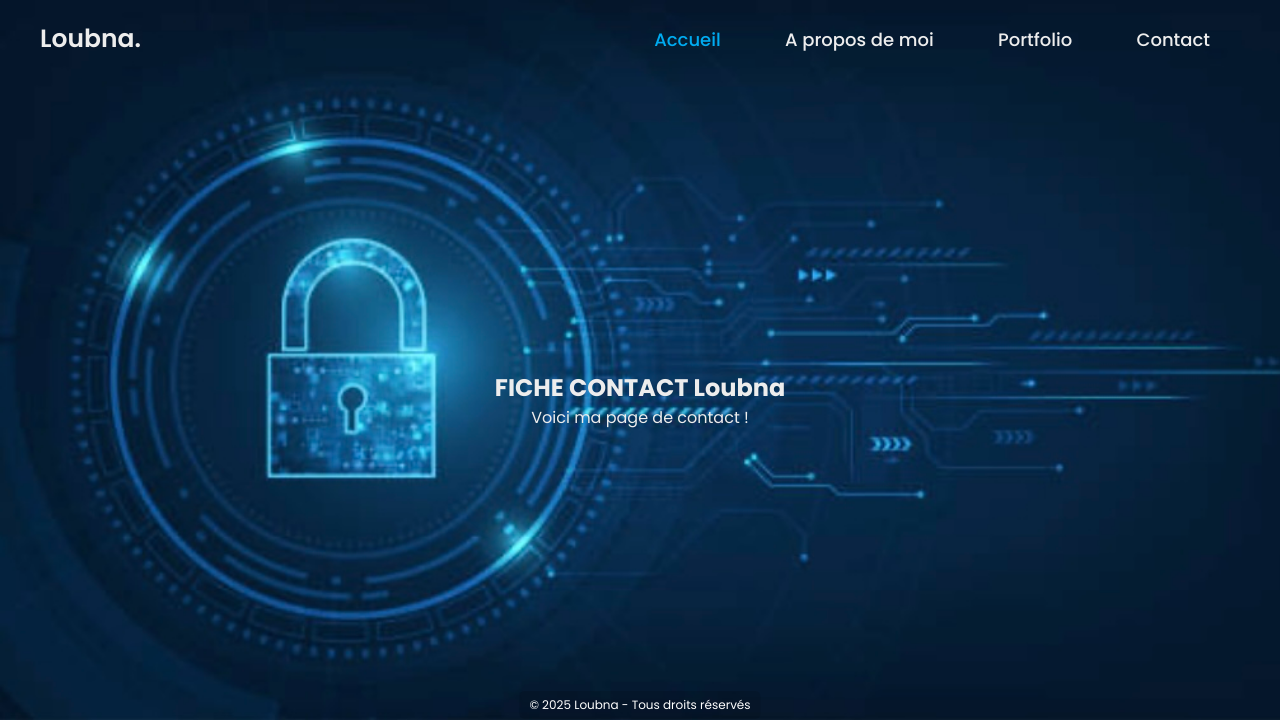
Repository: Loubna77290/Portfolio-de-Loubna
Page: contact.html
These files come from the project's save history. The page is drawn as it stood at one moment and after the next save; the edit follows.
The browser window is 1280 px wide. The pictures show the whole page.

Above is the page before, as saved 2025-03-10 19:47:31.

### contact.html
<!DOCTYPE html>
<html lang="en">
<head>
    <meta charset="UTF-8">
    <meta name="viewport" content="width=device-width, initial-scale=1.0">
    <title>Fiche contact</title>
    <link rel="stylesheet" href="style.css">
</head>
<body>

  <header class="header">
        <a href="#" class="logo">Loubna.</a>

        <nav class="navbar">
            <a href="/index.html"class="active">Accueil</a>
            <a href="#">A propos de moi</a>
            <a href="index.html">Portfolio</a>
            <a href="/contact.html" target="_blank">Contact</a>
        </nav>
    </header>

    <section class="contact-background">
        <div class="contact-contenu">
        <h1>FICHE CONTACT Loubna</h1>
        <p>Voici ma page de contact !</p>


    </div>
    </section>
</body>

    <footer>
        <p>&copy; 2025 Loubna - Tous droits réservés </p>
       </footer>
</html>

### style.css
@import url('https://fonts.googleapis.com/css2?family=Poppins:wght@300;400;500;600;700;800;900&display=swap');

* {
    margin: 0;
    padding: 0;
    box-sizing: border-box;
    font-family: 'Poppins', sans-serif;

}

body {
    background: #081b29;
    color: #ededed;

}

.header {
    position:fixed;
    top: 0;
    left:0;
    width: 100%;
    padding: 20px 10px;
    background: transparent;
    display: flex;
    justify-content: space-between;
    align-items: center;
    z-index: 100;
}


.logo {
    position: relative;
    margin-left: 30px;
    font-size: 25px;
    color: #ededed;
    text-decoration: none;
    font-weight: 600;

}

.logo::before {
    content: '';
    position: absolute;
    top: 0;
    right: 0;
    width: 100%;
    height: 100%;
    background: #081b29b6;
    animation: showRight 1s ease forwards;
    animation-delay: .4s;;
}

.navbar a {
    font-size: 18px;
    color: #ededed;
    text-decoration: none;
    font-weight: 500;
    margin-right: 60px;
    justify-content: flex-end;
    transition: .3s;

}

.navbar a:hover,
.navbar a.active {
    color: #00abf0;

}

.accueil {
    position: relative;
    height: 100vh;
    background: url(./IMG_7408.jpg) no-repeat center center;
    background-size: cover;
    display: flex;
    align-items: center;
    padding: 0 10%;

}

.accueil-contenu {
    background: transparent;
    max-width: 600px;


    }

.accueil-contenu h2 {
    font-size: 45px;
    font-weight: 700;
    line-height: 1.2;
    white-space: nowrap;
}

.accueil-contenu h2::before {
    content: '';
    position: absolute;
    top: 0;
    right: 0;
    width: 100%;
    height: 100%;
    background: #081b29;
    animation: showRight 1s ease forwards;
    animation-delay: 1s;
}

.accueil-contenu h3 {
    font-size: 30px;
    font-weight: 600;
    color: #0ff;

}

.accueil-contenu p {
    font-size: 16px;
    margin: 20px  0 40px;
    line-height: 1.2;
}

.accueil-contenu .btn-box {
    position: relative;
    display: flex;
    justify-content: space-between;
    width: 380px;
    height: 60px;

}

.accueil-contenu .btn-box::before {
    content: '';
    position: absolute;
    top: 0;
    right: 0;
    width: 100%;
    height: 100%;
    background: #081b294d;
    animation: showRight 1s ease forwards;
    animation-delay: 1.9s;
    z-index: 2;
}

.btn-box a {
    position: relative;
    display: inline-flex;
    justify-content: center;
    align-items: center;
    width: 150px;
    height: 110%;
    background: #00abf0;
    border: 2px solid #00abf0;
    border-radius: 8px;
    font-size: 19px;
    color: #081b29;
    text-align: center;
    text-decoration: none;
    font-weight: 600;
    letter-spacing: 1px;
    z-index: 1;
    overflow: hidden;
    transition: .5s;
}

.btn-box a:hover {
    color: #00abf0;

}

.btn-box a:nth-child(2) {
    background: transparent;
    color:#00abf0
}

.btn-box a:nth-child(2):hover {
    color:#081b29;
}


.btn-box a:nth-child(2)::before {
    background: #00abf0;
    }

.btn-box a::before {
    content: '';
    position: absolute;
    top: 0;
    left: 0;
    width: 0;
    height: 100%;
    background: #081b29;
    z-index: -1;
    transition: .5s;
}

.btn-box a:hover::before {
    width: 100%;
    }

.home-sci {
    position: absolute;
    bottom: 1px;
    width: 150px;
    display: flex;
    justify-content: space-between;
}

.home-sci::before {
    content: '';
    position: absolute;
    top: 0;
    right: 0;
    width: 100%;
    height: 100%;
    background: #081b29;
    animation: showRight 1s ease forwards;
    animation-delay: 2.5s;
    z-index: 2;
}

.home-sci a {
    position: relative;
    display: inline-flex;
    justify-content: center;
    align-items: center;
    width: 40px;
    height: 40px;
    background: transparent;
    border: 2px solid #00abf0;
    border-radius: 50%;
    font-size: 20px;
    text-decoration: none;
    z-index: 1;
    overflow: hidden;
    transition: .5s;
    color: #00abf0;
}

.home-sci a:hover {
    color: #081b29;

}
.home-sci a::before {
    content: '';
    position: absolute;
    top: 0;
    left: 0;
    width: 0;
    height: 100%;
    background:#00abf0;
    transition: .5s;
    z-index: -1;
}

.home-sci a:hover::before {
    width: 100%;
}

/* KEYFRAMES ANIMATION */
@keyframes showRight {
    100% {
        width: 0;
    }
}

.contact-background  {
    background: url('IMG_7400.jpg');
    height: 100vh;
    background-size: cover;
    display: flex;
}

.contact-contenu {
    display: flex;
    flex-direction: column;
    justify-content: center;
    align-items: center;
    text-align: center;
    margin-top: 80px;
    width: 100%;
}

footer {
    position: absolute;
    bottom: 1px;
    left: 50%;
    transform: translate(-50%);
    background: rgba(0, 0, 0, 0.116);
    color: white;
    padding: 5px 10px;
    font-size: 12px;
    border-radius: 5px;
    z-index: 10;
}

After the next save:
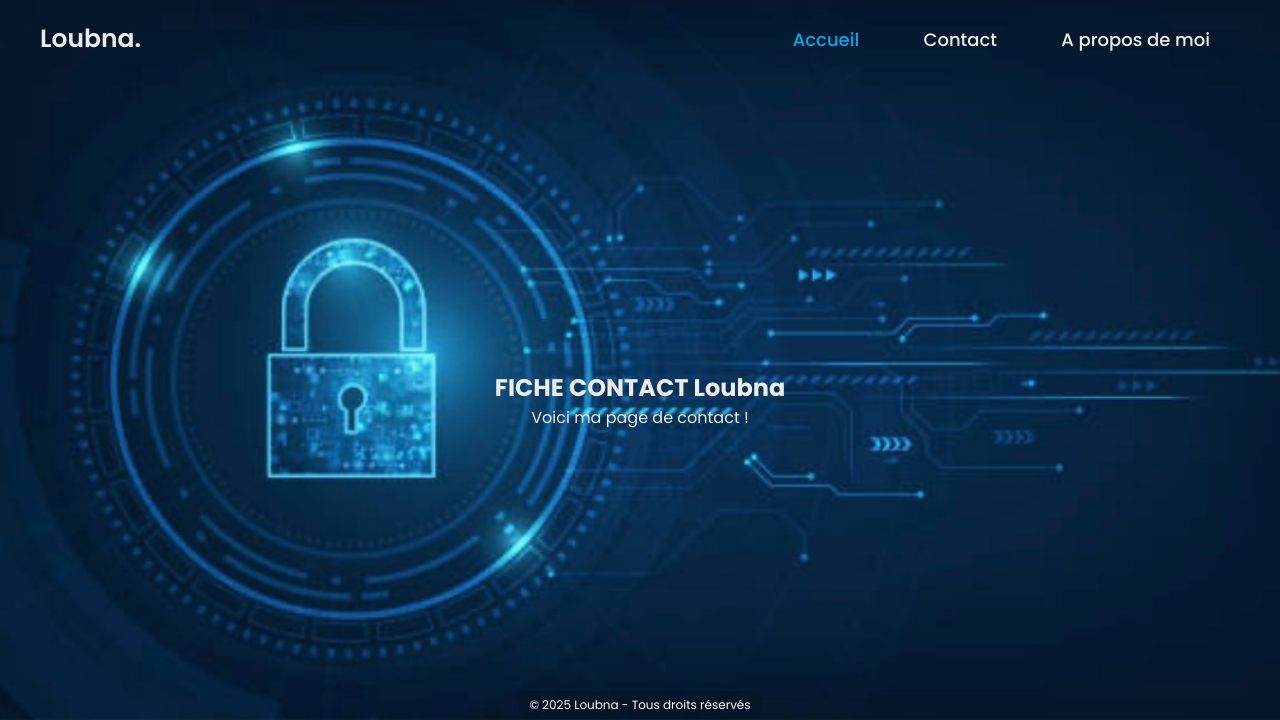
Saved 4 min 31 s later.
--- a/contact.html
+++ b/contact.html
@@ -13,9 +13,8 @@
 
         <nav class="navbar">
             <a href="/index.html"class="active">Accueil</a>
+            <a href="/contact.html" target="_blank">Contact</a>
             <a href="#">A propos de moi</a>
-            <a href="index.html">Portfolio</a>
-            <a href="/contact.html" target="_blank">Contact</a>
         </nav>
     </header>
 
